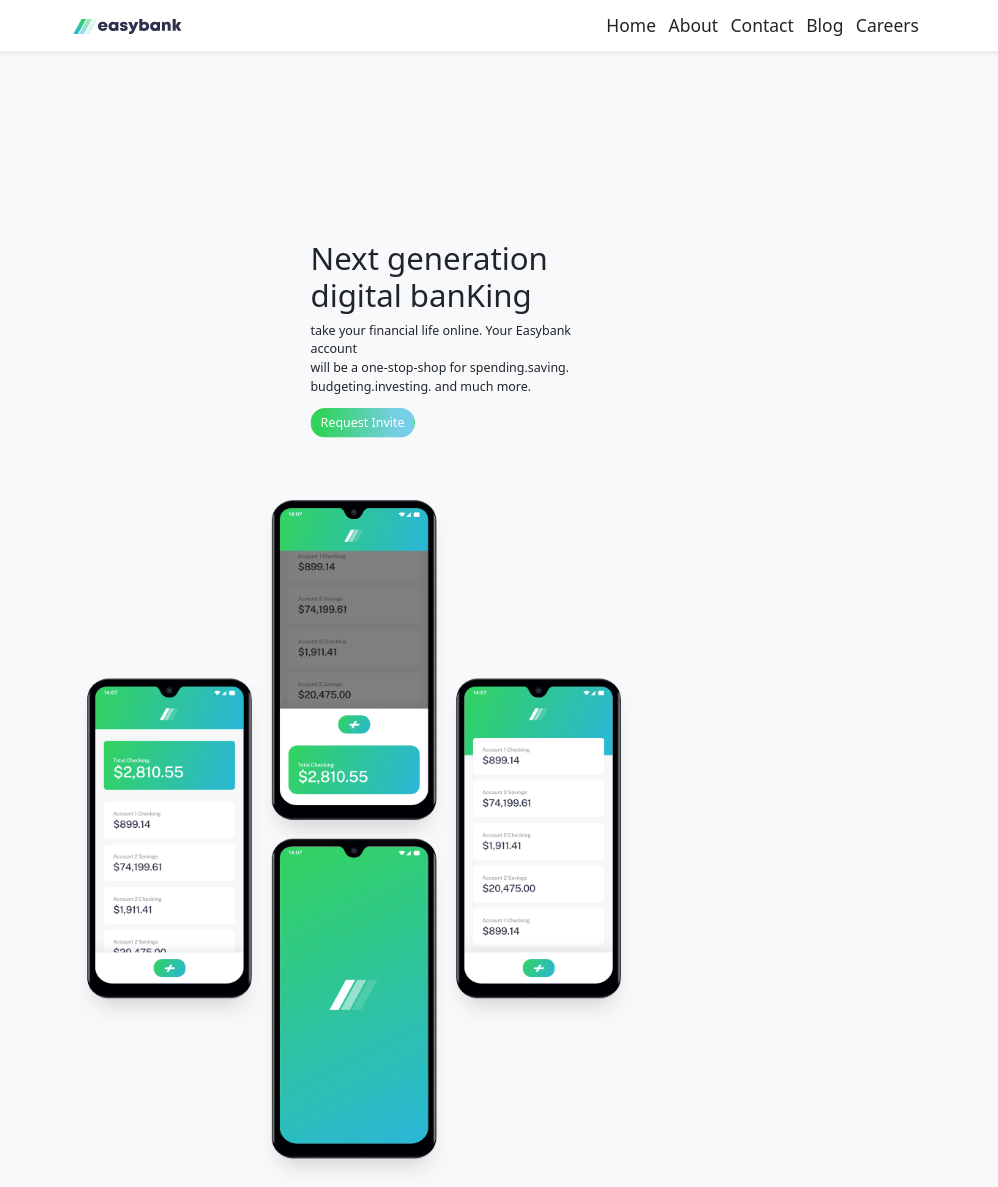
Repository: devbastos/easy-Bank
Page: / (app in frontend/)
The author's editor kept a copy of each file at every save. The page is drawn from the files as they stood at one save, then again after the next save.
The browser window is 1280 px wide. The pictures show the whole page, at 78% of full size.
Some web libraries are served in a nearby version. The project was rebuilt for these pictures with package versions that can differ from the ones it lists, and the page was loaded fresh each time.

Above is the page before, as saved 2022-02-03 18:56:53.

After the next save:
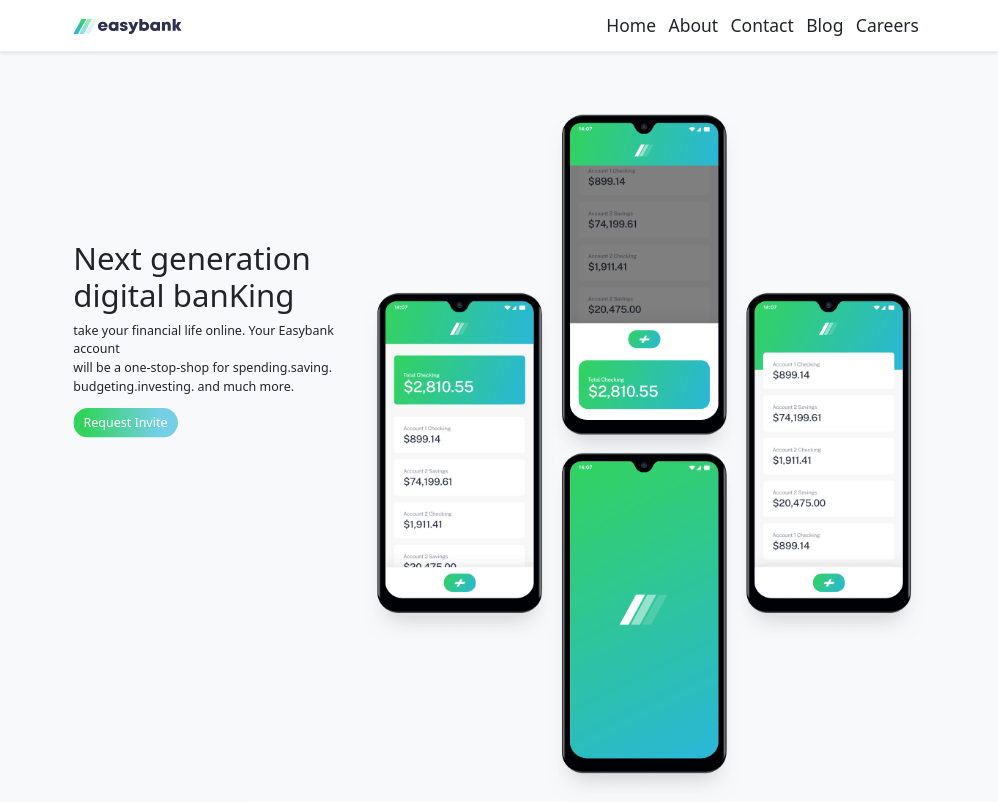
Saved 18 s later.
--- a/frontend/src/app/template/header/header.component.css
+++ b/frontend/src/app/template/header/header.component.css
@@ -5,7 +5,6 @@
 
 .textos {
   margin-top: 15rem;
-  margin-left: 19rem;
 }
 
 .btn {
